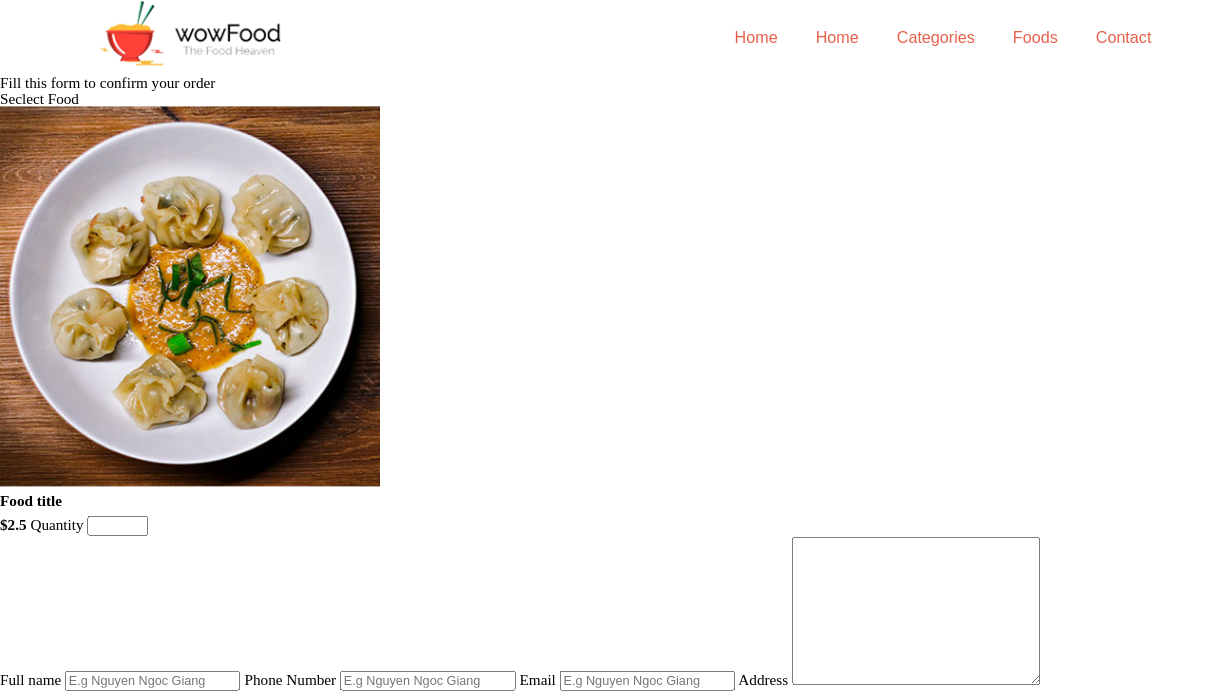
Repository: ruaruababa/WowFood
Page: order.html
An editor plug-in stored every save of this project. The page is shown before and after the next save, followed by the edit.
The browser window is 1280 px wide. The pictures show the whole page, at 95% of full size.

Above is the page before, as saved 2021-09-19 21:47:34.

### order.html
<!DOCTYPE html>
<html lang="en">

<head>
    <meta charset="UTF-8">
    <meta http-equiv="X-UA-Compatible" content="IE=edge">
    <meta name="viewport" content="width=device-width, initial-scale=1.0">
    <title>Order Food</title>
    <link rel="stylesheet" href="./style.css">
    <link rel="stylesheet" href="./reset.css">
</head>

<body>
    <nav>
        <input type="checkbox" id="check" />
        <label for="check" class="checkbtn">
            <i class="fas fa-bars"></i>
        </label>
        <label class="logo">
            <img src="./img/logo.png" alt="" class="img-logo" />
        </label>
        <ul class="navbar">
            <li><a class="active" href="#">Home</a></li>
            <li><a href="#">Home</a></li>
            <li><a href="#">Categories</a></li>
            <li><a href="#">Foods</a></li>
            <li><a href="#">Contact</a></li>
        </ul>
    </nav>
    <section id=section-order>
        <div class="container-order">
            <form action="">
                <h3 class="title-order">Fill this form to confirm your order</h3>
                <label for="" class="seclect">Seclect Food</label>
                <div class="container-seclect-food">
                    <div class="img-food">
                        <img src="./img/menu-momo.jpg" alt="" class="bgr-item" />
                    </div>
                    <div class="content-food">
                        <h6 class="title-item">Food title</h6>
                        <span class="price-item">$2.5</span>
                        <label for="" class="quantity">Quantity</label>
                        <input type="number" min="1" max="100">
                    </div>
                </div>
                <div class="container-delivery-title">
                    <lable class="full-name">Full name</lable>
                    <input type="text" placeholder="E.g Nguyen Ngoc Giang">
                    <lable class="phone-number">Phone Number</lable>
                    <input type="text" placeholder="E.g Nguyen Ngoc Giang">
                    <lable class="email">Email</lable>
                    <input type="text" placeholder="E.g Nguyen Ngoc Giang">
                    <lable class="Address">Address</lable>
                    <textarea name="address" id="" cols="30" rows="10"></textarea>


                </div>
            </form>
        </div>
    </section>
</body>

</html>

### style.css

li {
  text-decoration: none;
}

a {
  text-decoration: none;
}

nav {
  height: 80px;
  width: 100%;
}

label.logo {
  padding: 0 100px;
}

nav ul {
  float: right;
  margin-right: 50px;
}

nav ul li {
  display: inline-block;
  line-height: 80px;
  margin: 0 5px;
  font-family: "Poppins", sans-serif;
}

nav ul li a {
  color: #e7614a;
  font-size: 17px;
  padding: 7px 13px;
  border-radius: 3px;
}

.checkbtn {
  font-size: 30px;
  color: white;
  float: right;
  line-height: 80px;
  margin-right: 40px;
  cursor: pointer;
  display: none;
}

#check {
  display: none;
}

ul:hover li {
  filter: blur(3px);
  opacity: 0.5;
  transform: scale(0.98);
  box-shadow: none;
}

ul:hover li:hover {
  transform: scale(1.1);
  filter: blur(0px);
  opacity: 1;
  box-shadow: 0 8px 20px 0px rgba(0, 0, 0, 0.125);
}

.container-section-search {
  position: relative;
  text-align: center;
  margin-top: 15px;
}

.background-search {
  height: 250px;
}

.background-search img {
  height: inherit;
  width: 100%;
  object-fit: cover;
}

.form {
  width: 100%;
  position: absolute;
  top: 50%;
  left: 50%;
  transform: translate(-50%, -50%);
  height: 22px;
}

.input-search {
  width: 35%;
  height: inherit;
}

.btn-search {
  background-color: rgba(250, 59, 59, 0.849);
  border: none;
  border-radius: 5px;
  font-size: 14px;
  color: white;
  cursor: pointer;
  padding: 3px;
}

#section-collection {
  position: relative;
}

.container-section-collection {
  height: max-content;
}

.explore-food {
  padding-top: 70px;
  text-align: center;
  font-size: 24px;
  font-family: "Poppins", sans-serif;
}

.collection-food {
  width: 100%;
}

.list-food {
  margin-top: 50px;
  display: flex;
  justify-content: center;
  column-gap: 50px;
}

.list-food li {
  width: 330px;
  height: 400px;
  transition: 0.2s all;
}

.list-food li:hover {
  transform: scale(0.95);
}

.list-food li img {
  width: 100%;
  height: 100%;
  object-fit: cover;
  border-radius: 10px;
}

.list-food li span {
  font-family: "Poppins", sans-serif;
  display: block;
  font-size: 20px;
  text-align: center;
  color: #ffffff;
  margin-top: -50px;
}

article {
  background-color: #ececec;
}

.title-food-menu {
  padding-top: 70px;
  font-size: 24px;
  text-align: center;
  font-family: "Poppins", sans-serif;
}

.container-menu {
  padding-top: 50px;
  display: grid;
  grid-gap: 20px;
  grid-template-columns: repeat(auto-fit, minmax(550px, 1fr));
  grid-auto-rows: 180px;
  justify-items: center;
  font-family: "Poppins", sans-serif;
}

.container-item:nth-child(odd) {
  justify-self: end;
}

.container-item:nth-child(even) {
  justify-self: start;
}

.container-item {
  background-color: #ffffff;
  display: flex;
  align-items: center;
  border-radius: 15px;
}

.container-item img {
  width: 25%;
  height: 70%;
  object-fit: cover;
  border-radius: 15px;
  margin: 0 28px;
}

.container-item .item-content {
  width: 100%;
  height: 70%;
  object-fit: cover;
  border-radius: 15px;
  margin: 0 28px;
}

.item-content {
  display: inline-block;
}

.title-item {
  font-size: 16px;
  font-weight: bold;
  line-height: 25px;
}

.price-item {
  line-height: 25px;
  font-weight: bold;
}

.des-item {
  font-size: 14px;
  line-height: 20px;
  color: #747d9c;
}

.oder-item {
  text-decoration: none;
  background-color: #f56b81;
  color: white;
  border-radius: 5px;
  padding: 3px;
  display: inline-block;
}

.footer-food-menu {
  margin-top: 30px;
}

.see-all-foods {
  display: block;
  text-align: center;
  text-decoration: none;
  color: #f56b81;
  padding-bottom: 50px;
  font-family: "Poppins", sans-serif;
  transition: 0.2s all;
}

.see-all-foods:hover {
  text-decoration: underline;
  transform: scale(1.1);
}

.social-network-icon {
  display: flex;
  justify-content: center;
  margin-top: 30px;
}

.icon-insta {
  margin: 0 30px;
}

.license {
  margin-top: 40px;
  margin-bottom: 30px;
  font-family: "Poppins", sans-serif;
}

.license p {
  text-align: center;
}

.license p a {
  text-decoration: none;
  color: #e7614a;
}

@media (max-width: 952px) {
  label.logo {
    padding-left: 50px;
  }

  nav ul li a {
    font-size: 16px;
  }

  .container-item:nth-child(odd) {
    justify-self: center;
  }

  .container-item:nth-child(even) {
    justify-self: center;
  }
}

@media (max-width: 858px) {
  i {
    color: black;
  }

  .checkbtn {
    display: block;
  }

  .navbar {
    position: fixed;
    width: 100%;
    height: 250px;
    left: -100%;
    text-align: center;
    transition: all 0.5s;
    z-index: 2;
    background-color: #ffffff;
  }

  nav ul li {
    display: block;
    margin: 10px 0;
    line-height: 30px;
  }

  nav ul li a {
    font-size: 20px;
  }

  #check:checked ~ ul {
    left: 0;
  }

  .container-section-collection {
    height: max-content;
  }
}

section {
  position: relative;
}
@media (max-width: 858px) {
   .container-menu {
    padding-top: 50px;
    display: grid;
    grid-gap: 20px;
    grid-template-columns: repeat(auto-fit, minmax(550px, 1fr));
    grid-auto-rows: 180px;
    justify-items: center;
    font-family: "Poppins", sans-serif;
  }
}

@media (max-width: 414px) {
  label img {
    margin-left: -50px;
  }
  i.fa-bars {
    margin-right: -20px;
  }
  .navbar {
    position: fixed;
    width: 414px;
    height: 250px;
    left: -100%;
    text-align: center;
    transition: all 0.5s;
    z-index: 2;
    background-color: #ffffff;
  }

  nav ul li {
    display: block;
    margin: 10px 0;
    line-height: 30px;
  }

  nav ul li a {
    font-size: 20px;
  }

  #check:checked ~ ul {
    left: 0;
  }
  .list-food {
    display: flex;
    flex-direction: column;
    gap: 15px;
  }

  .item {
    align-self: center;
  }

  .container-menu {
    padding-top: 50px;
    display: grid;
    grid-gap: 20px;
    grid-template-columns: repeat(auto-fit, minmax(375px, 1fr));
    grid-auto-rows: 180px;
    justify-items: center;
    font-family: "Poppins", sans-serif;
  }
}

@media (max-width: 375px) {
  label img {
    margin-left: -50px;
  }
  i.fa-bars {
    margin-right: -20px;
  }
  .navbar {
    position: fixed;
    width: 375px;
    height: 250px;
    left: -100%;
    text-align: center;
    transition: all 0.5s;
    z-index: 2;
    background-color: #ffffff;
  }

  nav ul li {
    display: block;
    margin: 10px 0;
    line-height: 30px;
  }

  nav ul li a {
    font-size: 20px;
  }

  #check:checked ~ ul {
    left: 0;
  }

  .list-food {
    display: flex;
    flex-direction: column;
    gap: 15px;
  }

  .item {
    align-self: center;
  }

  .container-menu {
    padding-top: 50px;
    display: grid;
    grid-gap: 20px;
    grid-template-columns: repeat(auto-fit, minmax(375px, 1fr));
    grid-auto-rows: 180px;
    justify-items: center;
    font-family: "Poppins", sans-serif;
  }
  @media (max-width: 320px) {
  label img {
    margin-top: -70px;
    margin-left: -50px;
    padding-bottom: 10px;
  }
  i.fa-bars {
    margin-right: -20px;
    padding-top: 20px;
  }
  .navbar {
    position: fixed;
    width: 320px;
    height: 250px;
    left: -100%;
    text-align: center;
    transition: all 0.5s;
    z-index: 2;
    background-color: #ffffff;
    margin-top: -5px;
  }

  nav ul li {
    display: block;
    margin: 10px 0;
    line-height: 30px;
  }

  nav ul li a {
    font-size: 20px;
  }

  #check:checked ~ ul {
    left: 0;
  }

  .list-food {
    display: flex;
    flex-direction: column;
    gap: 15px;
  }

  .item {
    align-self: center;
  }

  .container-menu {
    padding-top: 50px;
    display: grid;
    grid-gap: 20px;
    grid-template-columns: repeat(auto-fit, minmax(319px, 1fr));
    grid-auto-rows: 180px;
    justify-items: center;
    font-family: "Poppins", sans-serif;
  }
}

/* article{
  position: relative;
  top: 200px;
} */

Loaded but not shown: reset.css (common file)

After the next save:
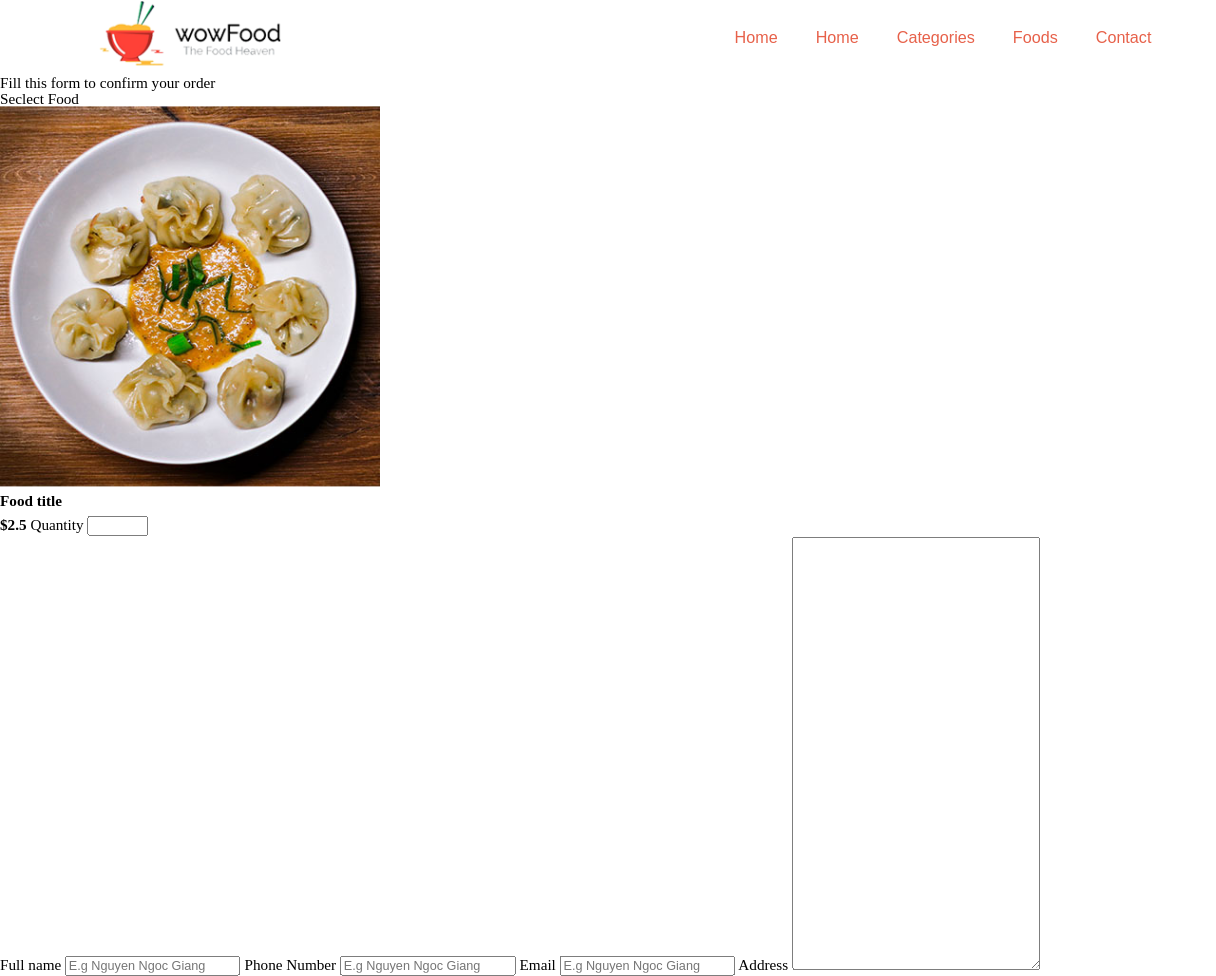
Saved 5 s later.
--- a/order.html
+++ b/order.html
@@ -51,7 +51,7 @@
                     <lable class="email">Email</lable>
                     <input type="text" placeholder="E.g Nguyen Ngoc Giang">
                     <lable class="Address">Address</lable>
-                    <textarea name="address" id="" cols="30" rows="10"></textarea>
+                    <textarea name="address" id="" cols="30" rows="30"></textarea>
 
 
                 </div>

After the save that followed:
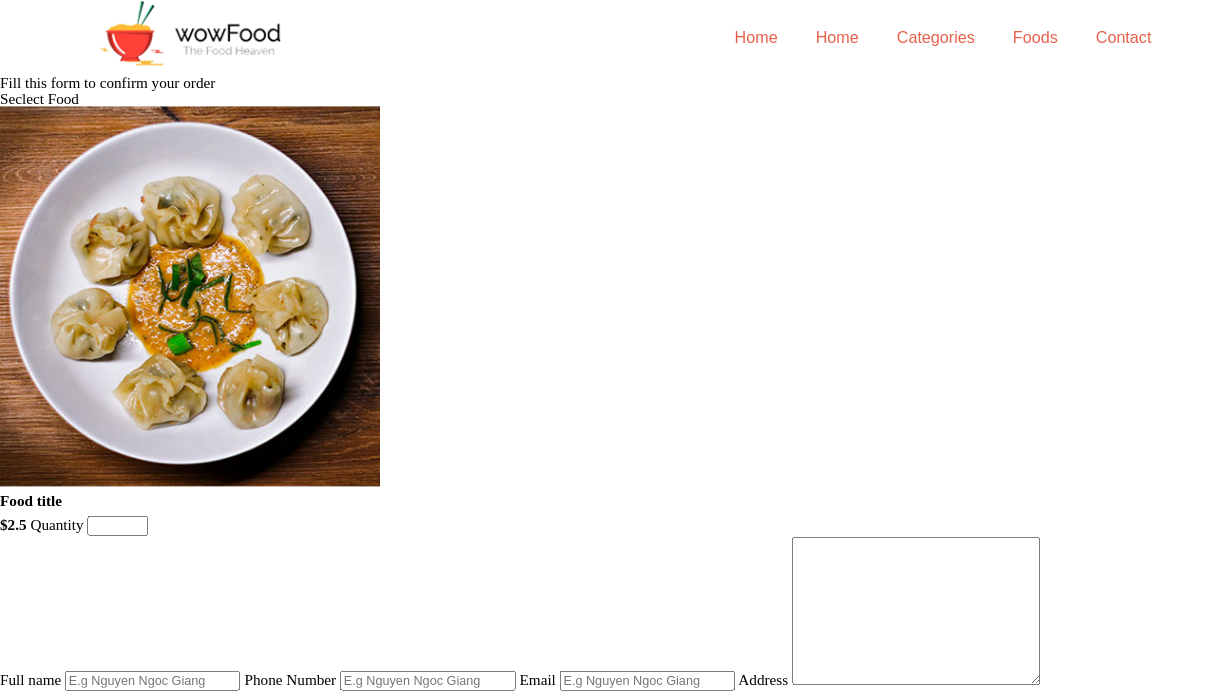
Saved 9 s later.
--- a/order.html
+++ b/order.html
@@ -51,7 +51,7 @@
                     <lable class="email">Email</lable>
                     <input type="text" placeholder="E.g Nguyen Ngoc Giang">
                     <lable class="Address">Address</lable>
-                    <textarea name="address" id="" cols="30" rows="30"></textarea>
+                    <textarea name="address" id="" cols="30" rows="10"></textarea>
 
 
                 </div>
